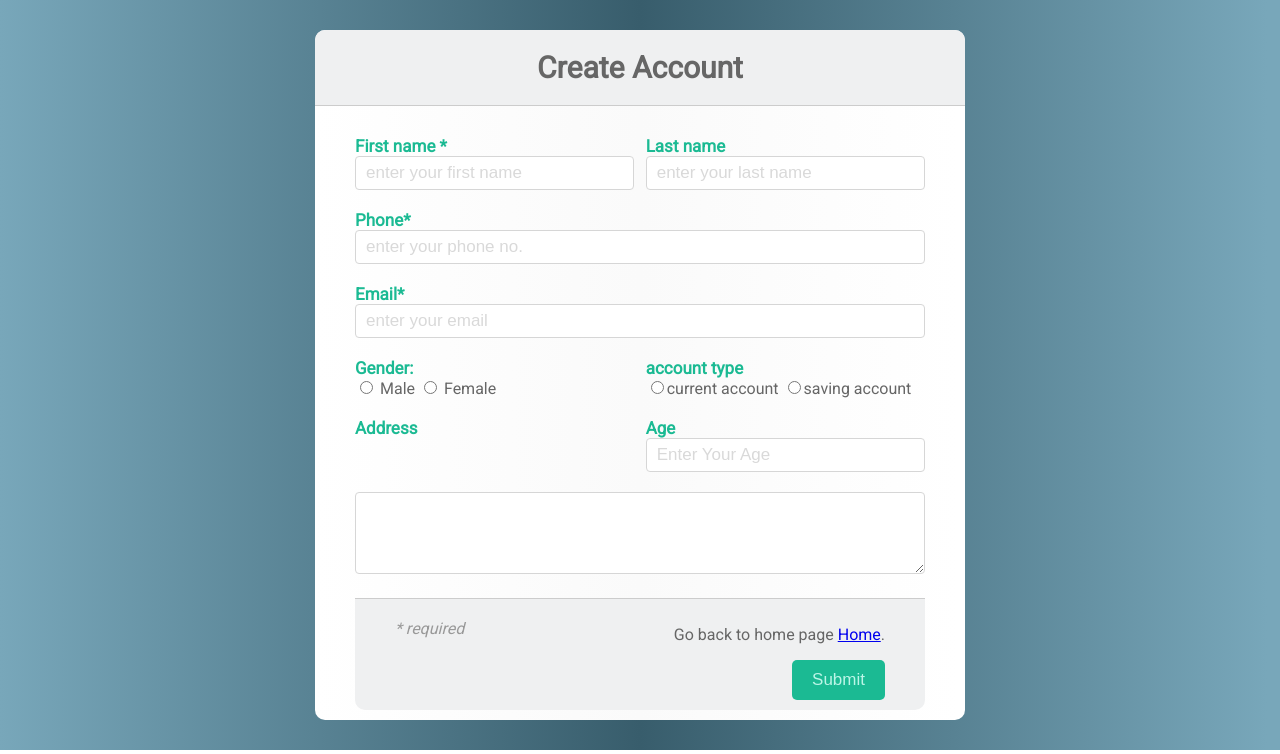
Repository: HT13M19/kuldeep
Page: GGGG/Demo2/src/main/webapp/UserInfo.html
These files come from the project's save history. The page is drawn as it stood at one moment and after the next save; the edit follows.
The browser window is 1280 px wide. The pictures show the whole page.

Above is the page before, as saved 2023-09-24 08:59:29.

### GGGG/Demo2/src/main/webapp/UserInfo.html
<!DOCTYPE html>
<html>
  <head>
    <meta charset="utf-8">
    <title>HTML CSS Register Form</title>
    <link rel="stylesheet" href="style.css">
  </head>
  <body>
    <form class="signup-form" action="userinfo" method="get">

      <!-- form header -->
      <div class="form-header">
        <h1>Create Account</h1>
      </div>

      <!-- form body -->
      <div class="form-body">

        <!-- Firstname and Lastname -->
        <div class="horizontal-group">
          <div class="form-group left">
            <label for="firstname" class="label-title">First name *</label>
            <input type="text" name="FIRSTNAME" id="firstname" class="form-input" placeholder="enter your first name" required="required" />
          </div>
          <div class="form-group right">
            <label for="lastname" class="label-title">Last name</label>
            <input type="text" id="LASTNAME" name="LASTNAME" class="form-input" placeholder="enter your last name" />
          </div>
        </div>
        <!-- Phone-->
        <div class="form-group">
          <label for="Phone" class="label-title">Phone*</label>
          <input type="text" id="phone" name="PHONE" class="form-input" placeholder="enter your phone no." required="required" maxlength="10">
        </div>

        <!-- Email -->
        <div class="form-group">
          <label for="email" class="label-title">Email*</label>
          <input type="email" id="email" name="EMAIL" class="form-input" placeholder="enter your email" required="required">
        </div>

        <!-- Passwrod and confirm password -->
        <div class="horizontal-group">

        <!-- Gender and  account type-->
        <div class="horizontal-group">
          <div class="form-group left">
            <label class="label-title">Gender:</label>
            <div class="input-group">
              <label for="male"><input type="radio" name="GENDER" value="male" id="male"> Male</label>
              <label for="female"><input type="radio" name="GENDER" value="female" id="female"> Female</label>
            </div>
          </div>
          <div class="form-group right">
            <label class="label-title">account type</label>
            <div >
              <label><input type="radio" value="current account" name="ACCOUNT_TYPE">current account</label>
              <label><input type="radio" value="saving account " name="ACCOUNT_TYPE">saving account </label>
            </div>
          </div>
        </div>

        <!-- Source of Income and Income -->
        <div class="horizontal-group">


        </div>

        <!-- Profile picture and Age -->
        <div class="horizontal-group">

          <div class="form-group right">
            <label for="experience" class="label-title">Age</label>
            <input type="number" min="18" name="AGE" max="80" placeholder="Enter Your Age" class="form-input">
          </div>
        </div>
<br>
<br>
        <!-- Address -->
        <div class="form-group">
          <label for="choose-file" class="label-title">Address</label>
          <textarea class="form-input" rows="4" name="ADDRESS" cols="50" style="height:auto"></textarea>
        </div>
      </div>
      <!-- form-footer -->
      <div class="form-footer">
        <span>* required</span>
        <p>Go back to home page <a href="main.jsp">Home</a>.</p>
        <button type="submit" class="btn">Submit</button>
      </div>

    </form>

  </body>
</html>

### GGGG/Demo2/src/main/webapp/style.css

/*---------------------------------------*/
/* Font */
/*---------------------------------------*/
@import url('https://fonts.googleapis.com/css?family=Roboto');


/*---------------------------------------*/
/* Register Form */
/*---------------------------------------*/
body {
  background:linear-gradient(to right, #78a7ba 0%, #385D6C 50%, #78a7ba 99%);
}

.signup-form {
  font-family: "Roboto", sans-serif;
  width:650px;
  margin:30px auto;
  background:linear-gradient(to right, #ffffff 0%, #fafafa 50%, #ffffff 99%);
  border-radius: 10px;
}

/*---------------------------------------*/
/* Form Header */
/*---------------------------------------*/
.form-header  {
  background-color: #EFF0F1;
  border-top-left-radius: 10px;
  border-top-right-radius: 10px;
}

.form-header h1 {
  font-size: 30px;
  text-align:center;
  color:#666;
  padding:20px 0;
  border-bottom:1px solid #cccccc;
}

/*---------------------------------------*/
/* Form Body */
/*---------------------------------------*/
.form-body {
  padding:10px 40px;
  color:#666;
}

.form-group{
  margin-bottom:20px;
}

.form-body .label-title {
  color:#1BBA93;
  font-size: 17px;
  font-weight: bold;
}

.form-body .form-input {
    font-size: 17px;
    box-sizing: border-box;
    width: 100%;
    height: 34px;
    padding-left: 10px;
    padding-right: 10px;
    color: #333333;
    text-align: left;
    border: 1px solid #d6d6d6;
    border-radius: 4px;
    background: white;
    outline: none;
}



.horizontal-group .left{
  float:left;
  width:49%;
}

.horizontal-group .right{
  float:right;
  width:49%;
}

input[type="file"] {
  outline: none;
  cursor:pointer;
  font-size: 17px;
}

#range-label {
  width:15%;
  padding:5px;
  background-color: #1BBA93;
  color:white;
  border-radius: 5px;
  font-size: 17px;
  position: relative;
  top:-8px;
}


::-webkit-input-placeholder  {
  color:#d9d9d9;
}

/*---------------------------------------*/
/* Form Footer */
/*---------------------------------------*/
.signup-form .form-footer  {
  background-color: #EFF0F1;
  border-bottom-left-radius: 10px;
  border-bottom-right-radius: 10px;
  padding:10px 40px;
  text-align: right;
  border-top: 1px solid #cccccc;
  clear:both;
}

.form-footer span {
  float:left;
  margin-top: 10px;
  color:#999;
  font-style: italic;
  font-weight: thin;
}

.btn {
   display:inline-block;
   padding:10px 20px;
   background-color: #1BBA93;
   font-size:17px;
   border:none;
   border-radius:5px;
   color:#bcf5e7;
   cursor:pointer;
}

.btn:hover {
  background-color: #169c7b;
  color:white;
}

After the next save:
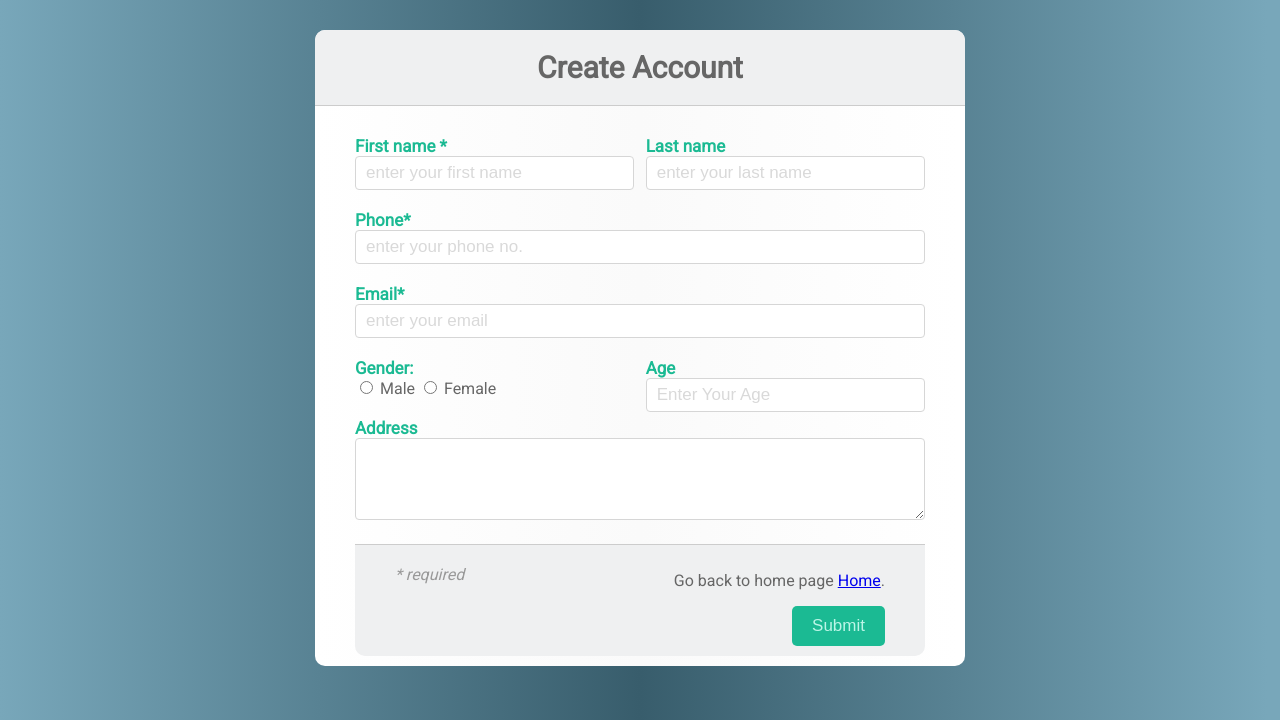
Saved 79 s later.
--- a/GGGG/Demo2/src/main/webapp/UserInfo.html
+++ b/GGGG/Demo2/src/main/webapp/UserInfo.html
@@ -51,15 +51,6 @@
               <label for="female"><input type="radio" name="GENDER" value="female" id="female"> Female</label>
             </div>
           </div>
-          <div class="form-group right">
-            <label class="label-title">account type</label>
-            <div >
-              <label><input type="radio" value="current account" name="ACCOUNT_TYPE">current account</label>
-              <label><input type="radio" value="saving account " name="ACCOUNT_TYPE">saving account </label>
-            </div>
-          </div>
-        </div>
-
         <!-- Source of Income and Income -->
         <div class="horizontal-group">
 
